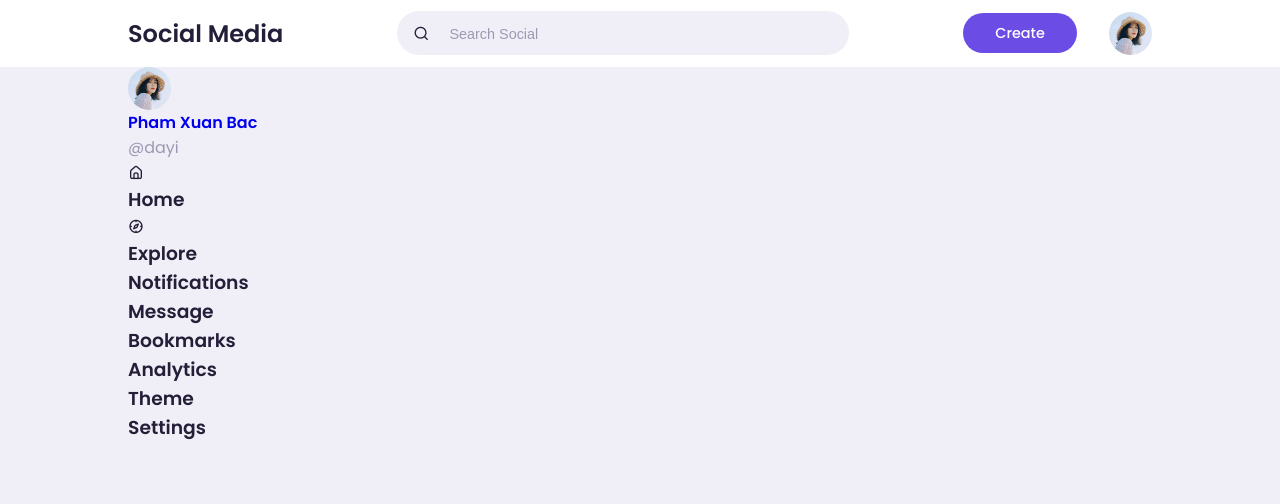
Repository: northpx/socialMedia
Page: index.html
The author's editor kept a copy of each file at every save. The page is drawn from the files as they stood at one save, then again after the next save.
The browser window is 1280 px wide. The pictures show the whole page.

Above is the page before, as saved 2023-03-07 16:58:09.

### index.html
<!DOCTYPE html>
<html lang="en">
<head>
    <meta charset="UTF-8">
    <meta http-equiv="X-UA-Compatible" content="IE=edge">
    <meta name="viewport" content="width=device-width, initial-scale=1.0">
    <link rel="stylesheet" href="/css/style.css">
    <link rel="stylesheet" href="https://unicons.iconscout.com/release/v4.0.0/css/line.css">
    <title>Social Media</title>
</head>
<body>
    <nav>
        <div class="container">
            <h2 class="logo">
                Social Media
            </h2>
            <div class="search-bar">
                <i class="uil uil-search"></i>
                <input type="search" placeholder="Search Social">
            </div>
            <div class="create">
                <label for="create-post" class="btn btn-primary">Create</label>
                <div class="profile-picture">
                    <img src="./images/profile-1.jpg" alt="">
                </div>
            </div>
        </div>
    </nav>

    <main>
        <div class="container">
            <!-- ===========LEFT================ -->
            <div class="left">
                <a href="#" class="profile">
                    <div class="profile-picture">
                        <img src="./images/profile-1.jpg" alt="">
                    </div>
                    <div class="handle">
                        <h4>Pham Xuan Bac</h4>
                        <p class="text-muted">
                            @dayi
                        </p>
                    </div>
                </a>
                <!-- =================SIDEBAR=========== -->
                <div class="sidebar">
                    <a class="menu-item">
                        <span><i class="uil uil-estate"></i></span><h3>Home</h3>
                        <span><i class="uil uil-compass"></i></span><h3>Explore</h3>
                        <span></span><h3>Notifications</h3>
                        <span></span><h3>Message</h3>
                        <span></span><h3>Bookmarks</h3>
                        <span></span><h3>Analytics</h3>
                        <span></span><h3>Theme</h3>
                        <span></span><h3>Settings</h3>
                    </a>
                </div>
            </div>
            <!-- ===============MIDDLE============== -->
            <div class="middle">

            </div>
            <!-- ==============RIGHT============== -->
            <div class="right">

            </div>
        </div>
    </main>
</body>
</html>

### css/style.css
@import url("https://fonts.googleapis.com/css2?family=Poppins:ital,wght@0,400;0,500;0,600;1,400;1,500;1,600&family=Roboto:ital,wght@0,100;0,300;0,400;0,500;0,700;0,900;1,100;1,300;1,400;1,500;1,700;1,900&display=swap");
:root {
  --color-white: hsl(252,30%,100%);
  --color-light: hsl(252,30%,95%);
  --color-gray: hsl(252,15%,65%);
  --color-primary: hsl(252,75%,60%);
  --color-secondary: hsl(252,100%,90%);
  --color-success: hsl(120,95%,65%);
  --color-danger: hsl(0,95%,65%);
  --color-dark: hsl(252,30%,17%);
  --color-black: hsl(252,30%,10%);
  --border-radius: 2rem;
  --card-border-radius: 1rem;
  --btn-padding: 0.6rem 2rem;
  --search-padding: 0.6rem 1rem;
  --card-padding: 1rem;
  --sticky-top-left: 5.4rem;
  --sticky-top-right: -18rem;
}

*, *::before, *::after {
  margin: 0;
  padding: 0;
  outline: 0;
  box-sizing: border-box;
  text-decoration: none;
  list-style: none;
  border: none;
}

body {
  font-family: "Poppins", sans-serif;
  color: var(--color-dark);
  background: var(--color-light);
  overflow-x: hidden;
}

.container{
    width: 80%;
    margin: 0 auto;
}

.profile-picture{
    width: 2.7rem;
    aspect-ratio: 1/1;
    border-radius: 50%;
    overflow: hidden;
}

img{
    display: block;
    width: 100%;
}

.btn{
    display:  inline-block;
    padding: var(--btn-padding);
    font-weight: 500;
    border-radius: var(--border-radius);
    cursor: pointer;
    transition: all .3s ease;
    font-size: 0.9rem;
}

.btn:hover{
    opacity: 0.8;
}

.btn-primary{
    background: var(--color-primary);
    color: white;
}

.text-bold{
    font-weight: 500;
}

.text-muted{
    color: var(--color-gray);
}

nav{
    width: 100%;
    background: var(--color-white);
    padding: 0.7rem 0;
    top: 0;
    z-index: 10;
}

nav .container{
    display: flex;
    align-items: center;
    justify-content: space-between;
}

nav .search-bar{
    background: var(--color-light);
    border-radius: var(--border-radius);
    padding: var(--search-padding);
}

nav .search-bar input[type="search"]{
    background: transparent;
    width: 30vw;
    margin-left: 1rem;
    font-size: 0.9rem;
    color: var(--color-dark);
}

nav .search-bar input[type="search"]::placeholder{
    color: var(--color-gray);

}

nav .create{
    display: flex;
    align-items: center;
    gap: 2rem;
}

After the next save:
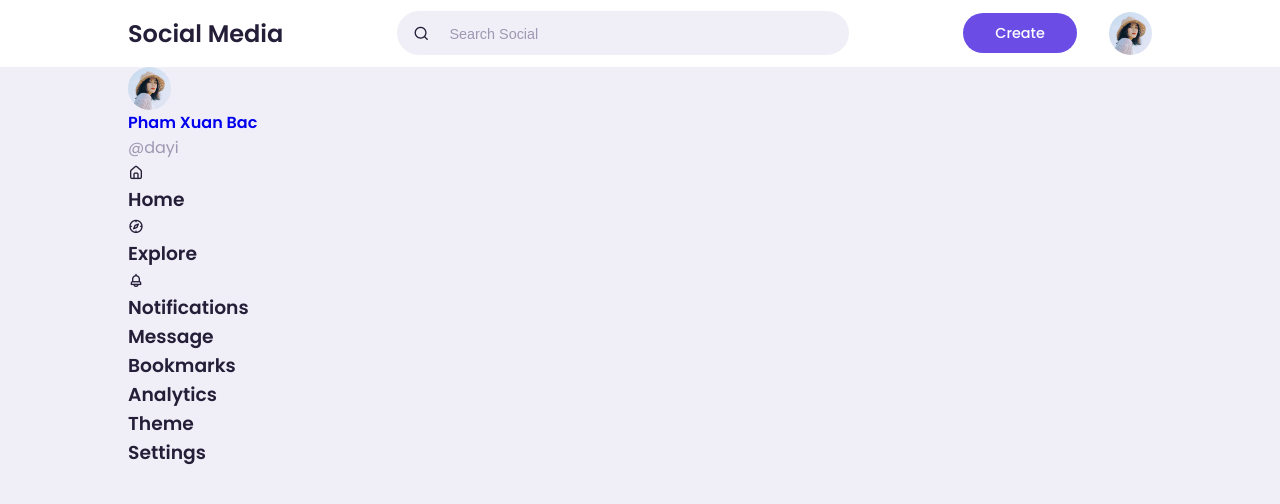
Saved 13 s later.
--- a/index.html
+++ b/index.html
@@ -47,7 +47,7 @@
                     <a class="menu-item">
                         <span><i class="uil uil-estate"></i></span><h3>Home</h3>
                         <span><i class="uil uil-compass"></i></span><h3>Explore</h3>
-                        <span></span><h3>Notifications</h3>
+                        <span><i class="uil uil-bell"></i></span><h3>Notifications</h3>
                         <span></span><h3>Message</h3>
                         <span></span><h3>Bookmarks</h3>
                         <span></span><h3>Analytics</h3>
